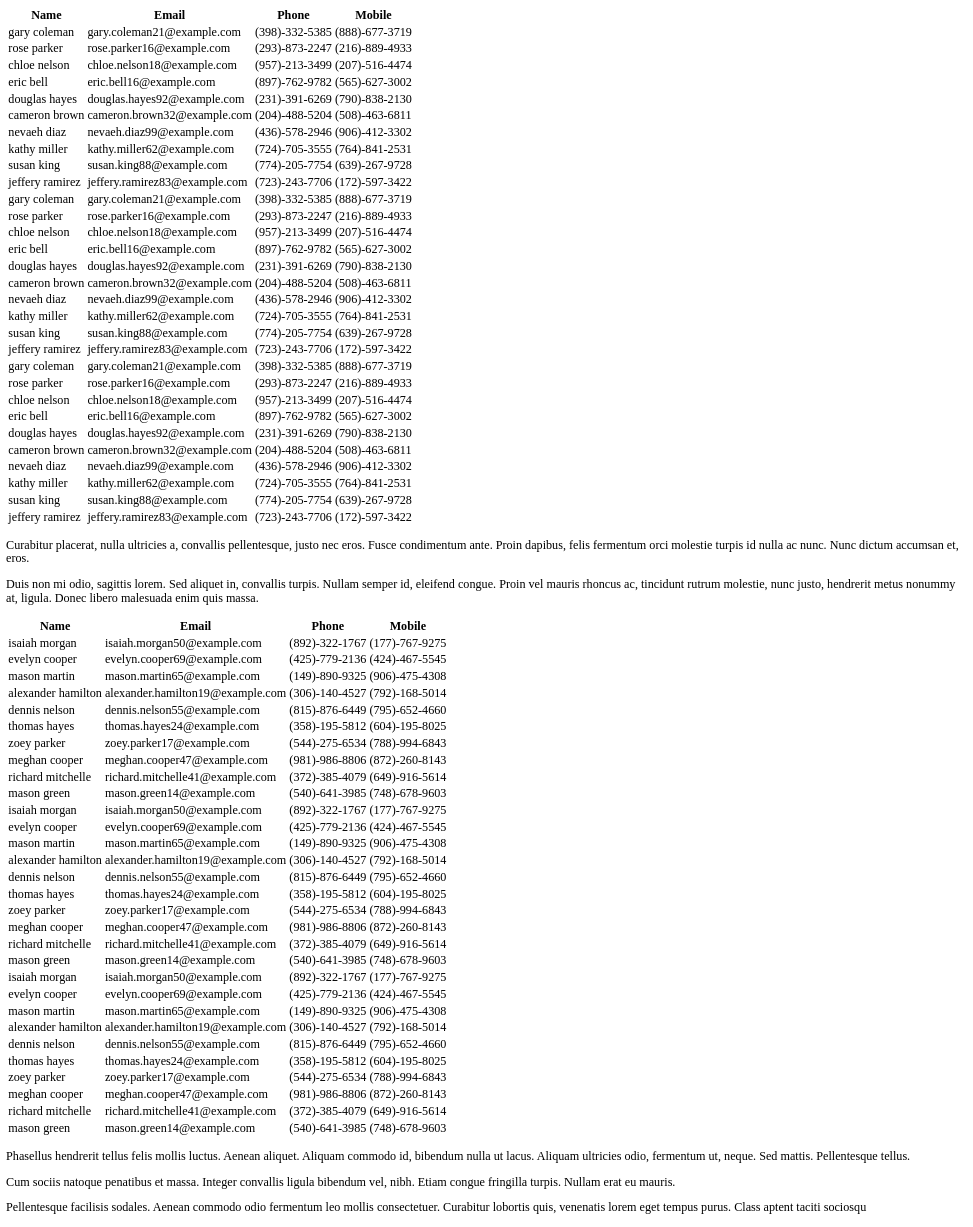
Repository: Apeksha14/AngularAppExample
Page: public/partials/search.html
The author's editor kept a copy of each file at every save. The page is drawn from the files as they stood at one save, then again after the next save.
The browser window is 1280 px wide. The pictures show the whole page, at 76% of full size.

Above is the page before, as saved 2017-05-02 01:10:17.

After the next save:
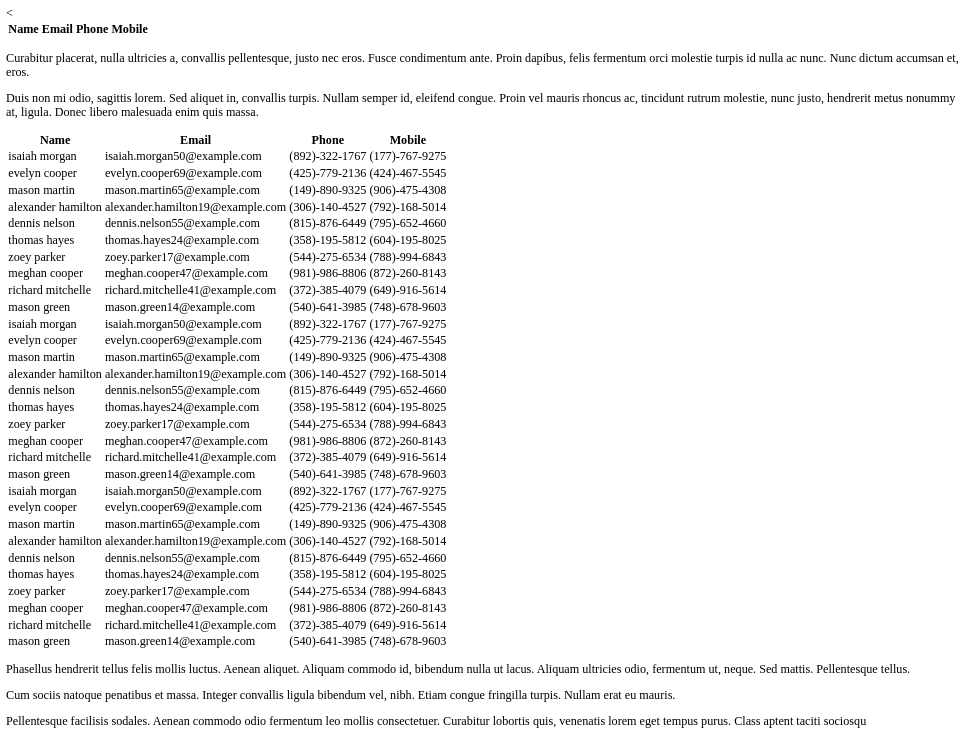
Saved 51 s later.
--- a/public/partials/search.html
+++ b/public/partials/search.html
@@ -10,36 +10,7 @@
 						</tr>
 					</thead>
 					<tbody>
-						<tr ng-repeat="item in response"><td class="user-name">gary coleman</td><td class="user-email">gary.coleman21@example.com</td><td class="user-phone">(398)-332-5385</td><td class="user-mobile">(888)-677-3719</td></tr>
-						<tr><td class="user-name">rose parker</td><td class="user-email">rose.parker16@example.com</td><td class="user-phone">(293)-873-2247</td><td class="user-mobile">(216)-889-4933</td></tr>
-						<tr><td class="user-name">chloe nelson</td><td class="user-email">chloe.nelson18@example.com</td><td class="user-phone">(957)-213-3499</td><td class="user-mobile">(207)-516-4474</td></tr>
-						<tr><td class="user-name">eric bell</td><td class="user-email">eric.bell16@example.com</td><td class="user-phone">(897)-762-9782</td><td class="user-mobile">(565)-627-3002</td></tr>
-						<tr><td class="user-name">douglas hayes</td><td class="user-email">douglas.hayes92@example.com</td><td class="user-phone">(231)-391-6269</td><td class="user-mobile">(790)-838-2130</td></tr>
-						<tr><td class="user-name">cameron brown</td><td class="user-email">cameron.brown32@example.com</td><td class="user-phone">(204)-488-5204</td><td class="user-mobile">(508)-463-6811</td></tr>
-						<tr><td class="user-name">nevaeh diaz</td><td class="user-email">nevaeh.diaz99@example.com</td><td class="user-phone">(436)-578-2946</td><td class="user-mobile">(906)-412-3302</td></tr>
-						<tr><td class="user-name">kathy miller</td><td class="user-email">kathy.miller62@example.com</td><td class="user-phone">(724)-705-3555</td><td class="user-mobile">(764)-841-2531</td></tr>
-						<tr><td class="user-name">susan king</td><td class="user-email">susan.king88@example.com</td><td class="user-phone">(774)-205-7754</td><td class="user-mobile">(639)-267-9728</td></tr>
-						<tr><td class="user-name">jeffery ramirez</td><td class="user-email">jeffery.ramirez83@example.com</td><td class="user-phone">(723)-243-7706</td><td class="user-mobile">(172)-597-3422</td></tr>
-						<tr><td class="user-name">gary coleman</td><td class="user-email">gary.coleman21@example.com</td><td class="user-phone">(398)-332-5385</td><td class="user-mobile">(888)-677-3719</td></tr>
-						<tr><td class="user-name">rose parker</td><td class="user-email">rose.parker16@example.com</td><td class="user-phone">(293)-873-2247</td><td class="user-mobile">(216)-889-4933</td></tr>
-						<tr><td class="user-name">chloe nelson</td><td class="user-email">chloe.nelson18@example.com</td><td class="user-phone">(957)-213-3499</td><td class="user-mobile">(207)-516-4474</td></tr>
-						<tr><td class="user-name">eric bell</td><td class="user-email">eric.bell16@example.com</td><td class="user-phone">(897)-762-9782</td><td class="user-mobile">(565)-627-3002</td></tr>
-						<tr><td class="user-name">douglas hayes</td><td class="user-email">douglas.hayes92@example.com</td><td class="user-phone">(231)-391-6269</td><td class="user-mobile">(790)-838-2130</td></tr>
-						<tr><td class="user-name">cameron brown</td><td class="user-email">cameron.brown32@example.com</td><td class="user-phone">(204)-488-5204</td><td class="user-mobile">(508)-463-6811</td></tr>
-						<tr><td class="user-name">nevaeh diaz</td><td class="user-email">nevaeh.diaz99@example.com</td><td class="user-phone">(436)-578-2946</td><td class="user-mobile">(906)-412-3302</td></tr>
-						<tr><td class="user-name">kathy miller</td><td class="user-email">kathy.miller62@example.com</td><td class="user-phone">(724)-705-3555</td><td class="user-mobile">(764)-841-2531</td></tr>
-						<tr><td class="user-name">susan king</td><td class="user-email">susan.king88@example.com</td><td class="user-phone">(774)-205-7754</td><td class="user-mobile">(639)-267-9728</td></tr>
-						<tr><td class="user-name">jeffery ramirez</td><td class="user-email">jeffery.ramirez83@example.com</td><td class="user-phone">(723)-243-7706</td><td class="user-mobile">(172)-597-3422</td></tr>
-						<tr><td class="user-name">gary coleman</td><td class="user-email">gary.coleman21@example.com</td><td class="user-phone">(398)-332-5385</td><td class="user-mobile">(888)-677-3719</td></tr>
-						<tr><td class="user-name">rose parker</td><td class="user-email">rose.parker16@example.com</td><td class="user-phone">(293)-873-2247</td><td class="user-mobile">(216)-889-4933</td></tr>
-						<tr><td class="user-name">chloe nelson</td><td class="user-email">chloe.nelson18@example.com</td><td class="user-phone">(957)-213-3499</td><td class="user-mobile">(207)-516-4474</td></tr>
-						<tr><td class="user-name">eric bell</td><td class="user-email">eric.bell16@example.com</td><td class="user-phone">(897)-762-9782</td><td class="user-mobile">(565)-627-3002</td></tr>
-						<tr><td class="user-name">douglas hayes</td><td class="user-email">douglas.hayes92@example.com</td><td class="user-phone">(231)-391-6269</td><td class="user-mobile">(790)-838-2130</td></tr>
-						<tr><td class="user-name">cameron brown</td><td class="user-email">cameron.brown32@example.com</td><td class="user-phone">(204)-488-5204</td><td class="user-mobile">(508)-463-6811</td></tr>
-						<tr><td class="user-name">nevaeh diaz</td><td class="user-email">nevaeh.diaz99@example.com</td><td class="user-phone">(436)-578-2946</td><td class="user-mobile">(906)-412-3302</td></tr>
-						<tr><td class="user-name">kathy miller</td><td class="user-email">kathy.miller62@example.com</td><td class="user-phone">(724)-705-3555</td><td class="user-mobile">(764)-841-2531</td></tr>
-						<tr><td class="user-name">susan king</td><td class="user-email">susan.king88@example.com</td><td class="user-phone">(774)-205-7754</td><td class="user-mobile">(639)-267-9728</td></tr>
-						<tr><td class="user-name">jeffery ramirez</td><td class="user-email">jeffery.ramirez83@example.com</td><td class="user-phone">(723)-243-7706</td><td class="user-mobile">(172)-597-3422</td></tr>
+						<tr ng-repeat="item in data"><</tr>
 					</tbody>
 				</table>
 				<p class="filler">Curabitur placerat, nulla ultricies a, convallis pellentesque, justo nec eros. Fusce condimentum ante. Proin dapibus, felis fermentum orci molestie turpis id nulla ac nunc. Nunc dictum accumsan et, eros.</p>
